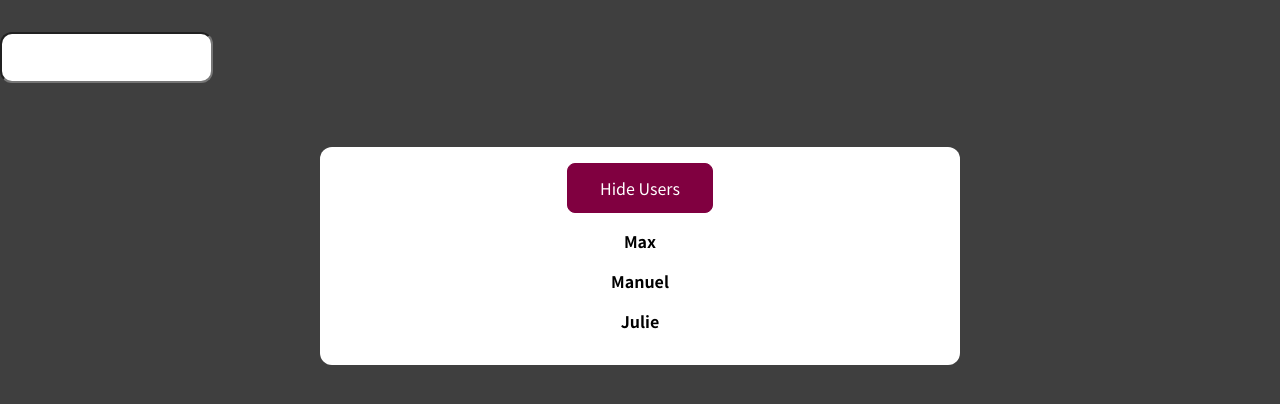
Repository: prathmeshgodbole/React-Class-Based
Page: /
An editor plug-in stored every save of this project. The page is shown before and after the next save, followed by the edit.
The browser window is 1280 px wide. The pictures show the whole page.
The project was rebuilt for these pictures with package versions that can differ from the ones it lists, and the page was loaded fresh each time.

Above is the page before, as saved 2021-07-15 15:19:13.

### src/App.js
import UserFinder from './components/UserFinder';
// import Users from './components/Users';

function App() {
  return (
    <div>
    <UserFinder/>
    </div>
  );
}

export default App;

### src/components/UserFinder.js
import { Fragment, useState, useEffect } from 'react';
import classes from './UserFinder.module.css'
import Users from './Users';

const DUMMY_USERS = [
  { id: "u1", name: "Max" },
  { id: "u2", name: "Manuel" },
  { id: "u3", name: "Julie" },
];

const UserFinder = () => {
  const [filteredUsers, setFilteredUsers] = useState(DUMMY_USERS);
  const [searchTerm, setSearchTerm] = useState('');

  useEffect(() => {
    setFilteredUsers(
      DUMMY_USERS.filter((user) => user.name.includes(searchTerm))
    );
  }, [searchTerm]);

  const searchChangeHandler = (event) => {
    setSearchTerm(event.target.value);
  };

  return (
    <Fragment className={classes.finder}>
      <input className={classes.finder} type='search' onChange={searchChangeHandler} />
      <Users users={filteredUsers} />
    </Fragment>
  );
};

export default UserFinder;

### src/components/Users.js
import { Component } from "react";
import User from "./User";

import classes from "./Users.module.css";


class Users extends Component {
  constructor() {
    super();
    this.state = {
      showUsers: true,
    };
  }

  toggleUsersHandler() {
    this.setState((curState) => {
      return{
        showUsers:!curState.showUsers
      };
    });
  }

  render() {
    const usersList = (
    <ul>
      {this.props.users.map((user) => (
        <User key={user.id} name={user.name} />
      ))}
    </ul>
  );
    return (
      <div className={classes.users}>
        <button onClick={this.toggleUsersHandler.bind(this)}>
          {this.state.showUsers ? "Hide" : "Show"} Users
        </button>
        {this.state.showUsers && usersList}
      </div>
    );
  }
}

// const Users = () => {
//   const [showUsers, setShowUsers] = useState(true);

//   const toggleUsersHandler = () => {
//     setShowUsers((curState) => !curState);
//   };

  // const usersList = (
  //   <ul>
  //     {DUMMY_USERS.map((user) => (
  //       <User key={user.id} name={user.name} />
  //     ))}
  //   </ul>
  // );

  // return (
  //   <div className={classes.users}>
  //     <button onClick={toggleUsersHandler}>
  //       {showUsers ? 'Hide' : 'Show'} Users
  //     </button>
  //     {showUsers && usersList}
  //   </div>
  // );
// };

export default Users;

### src/components/User.js
import React,{Component} from 'react';
import classes from './User.module.css';


class User extends Component{
  render(){
    return <li className={classes.user}>{this.props.name}</li>;
  }
}

// const User = (props) => {
//   return <li className={classes.user}>{props.name}</li>;
// };

export default User;

Loaded but not shown: public/index.html (common file); src/index.js (common file); src/index.css (common file); src/components/UserFinder.module.css (common file); src/components/Users.module.css (common file); src/components/User.module.css (common file)

After the next save:
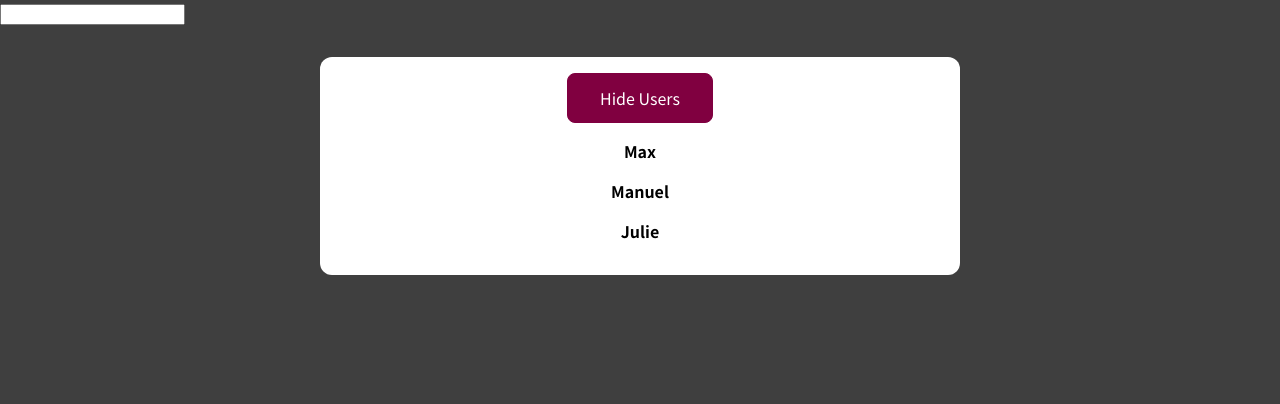
Saved 12 s later.
--- a/src/components/UserFinder.js
+++ b/src/components/UserFinder.js
@@ -24,7 +24,7 @@
 
   return (
     <Fragment className={classes.finder}>
-      <input className={classes.finder} type='search' onChange={searchChangeHandler} />
+      <input  type='search' onChange={searchChangeHandler} />
       <Users users={filteredUsers} />
     </Fragment>
   );

After the save that followed:
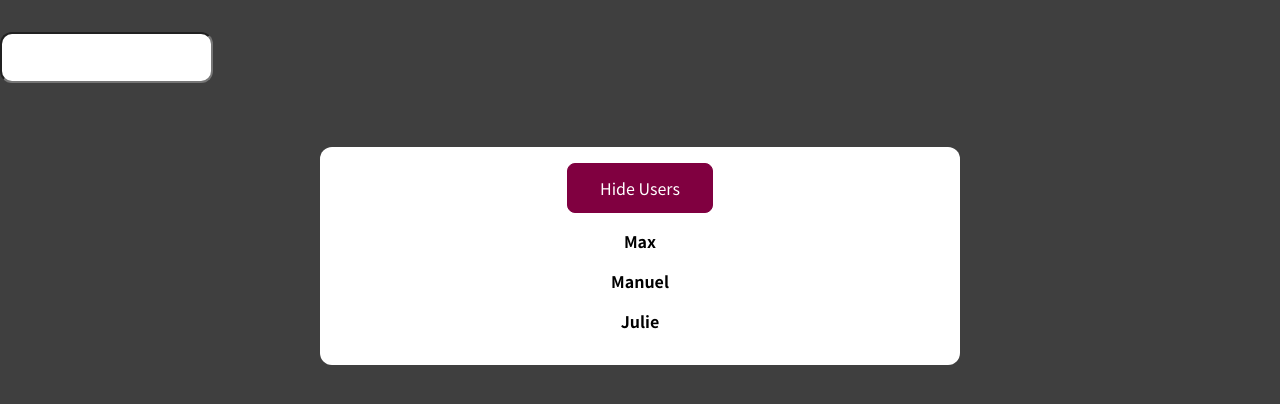
Saved 8 s later.
--- a/src/components/UserFinder.js
+++ b/src/components/UserFinder.js
@@ -23,8 +23,8 @@
   };
 
   return (
-    <Fragment className={classes.finder}>
-      <input  type='search' onChange={searchChangeHandler} />
+    <Fragment >
+      <input className={classes.finder} type='search' onChange={searchChangeHandler} />
       <Users users={filteredUsers} />
     </Fragment>
   );
